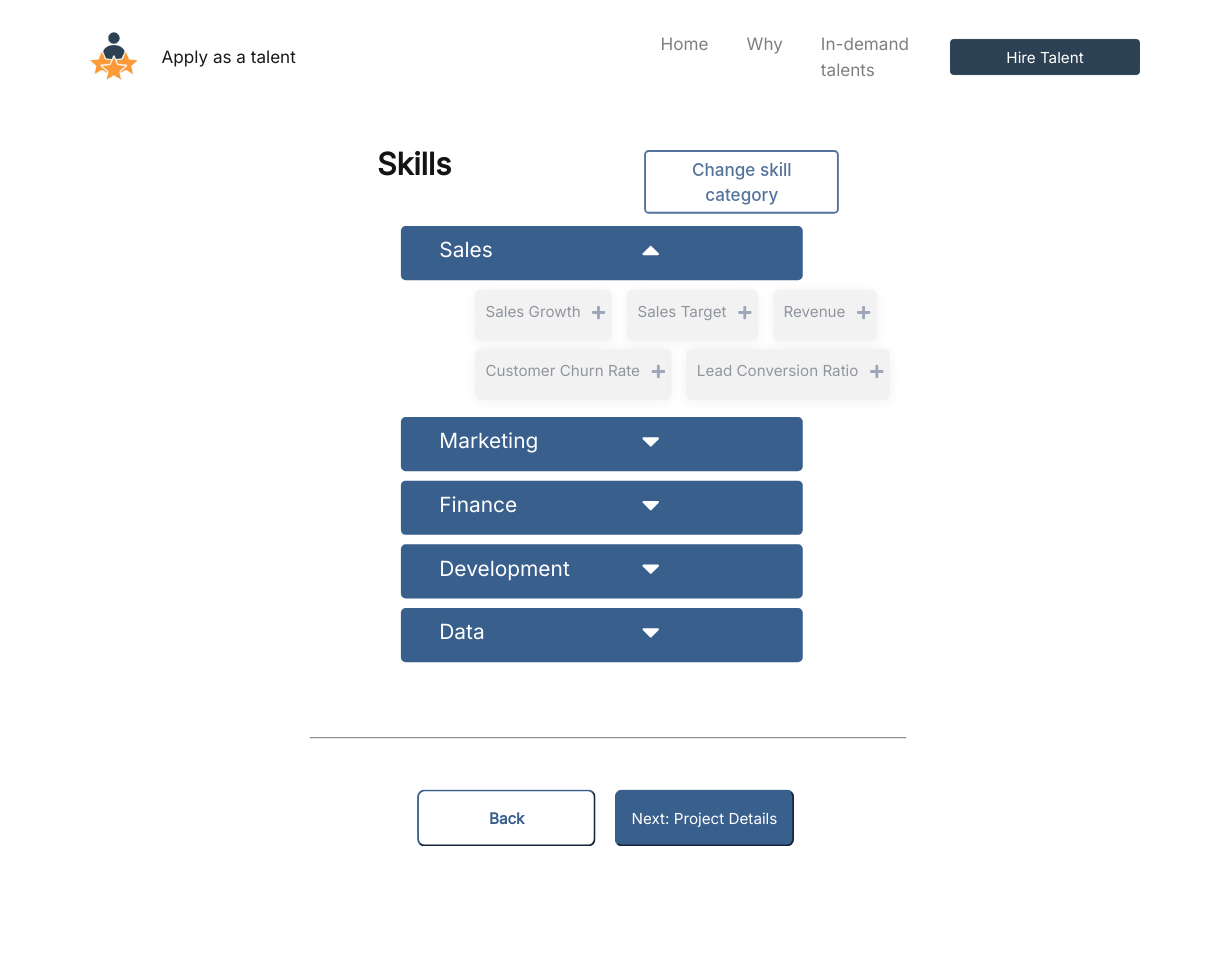
Repository: Ashwe9/talent-hire-reactJs
Page: /skills, after clicking the first element matching `div.dropdown-box`
An editor plug-in stored every save of this project. The page is shown before and after the next save, followed by the edit.
The browser window is 1280 px wide. The page is 1295 px wide, so the pictures cover 1295 px, including what lies to the right of the window. The pictures show the whole page, at 95% of full size.
The project was rebuilt for these pictures with package versions that can differ from the ones it lists, and the page was loaded fresh each time. Also part of the build but not shown: src/homePage/components/TrustedBy/TrustedBy.css, src/homePage/components/TrustedBy/TrustedBy.js, src/homePage/components/Roles/Roles.css, src/homePage/components/Roles/Roles.js, src/homePage/components/homePageFooter/HomePageFooter.css, src/homePage/components/homePageFooter/HomePageFooter.js, src/homePage/HomePage.js, src/kpisPage/Header.css and 15 more.

Above is the page before, as saved 2022-08-25 16:11:19.

After the next save:
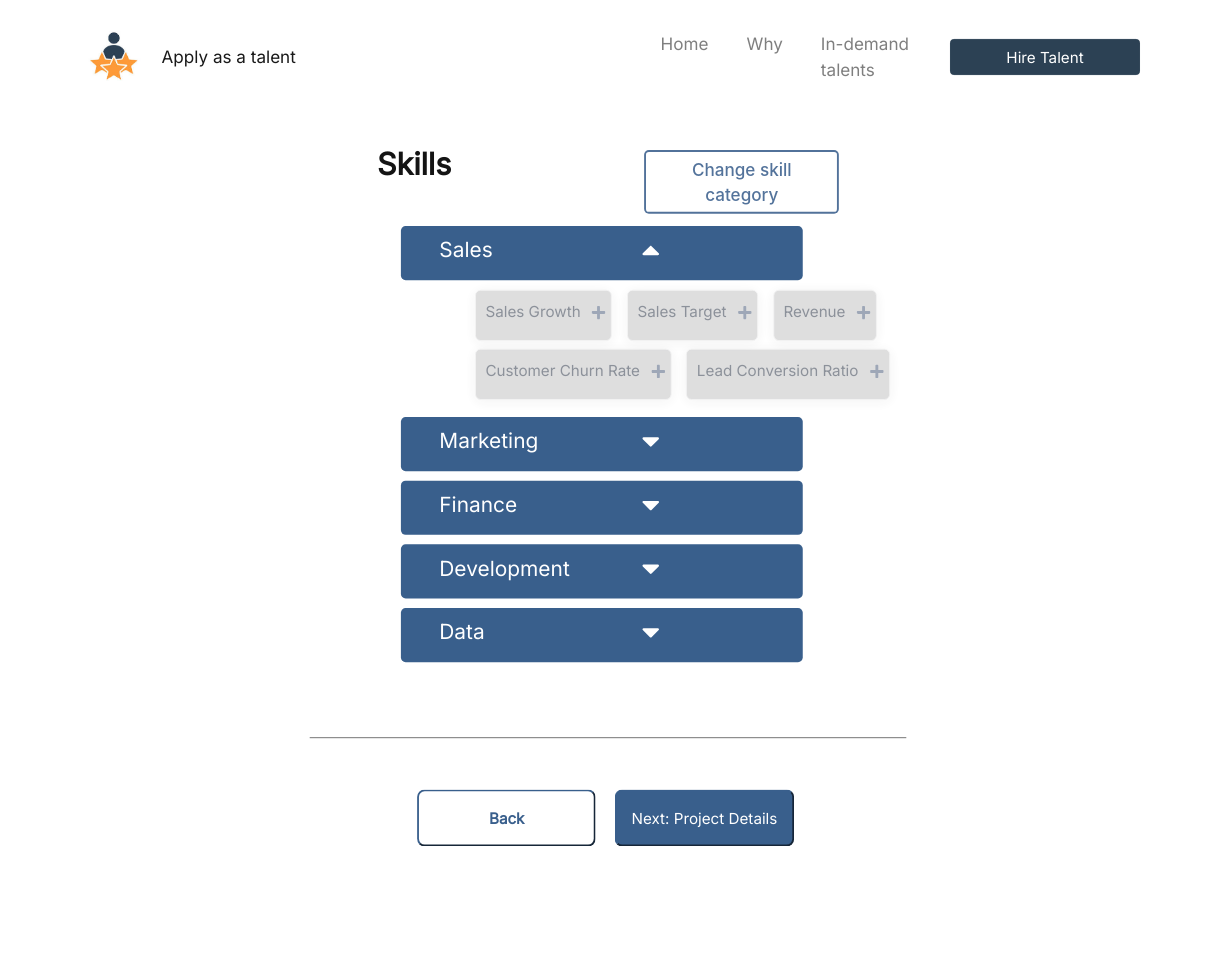
Saved 36 s later.
--- a/src/skills/SkillsList.css
+++ b/src/skills/SkillsList.css
@@ -35,7 +35,7 @@
 
 .skill-item{
     opacity: 0.8;
-    background: #f0f0f0;
+    background: #d6d6d7;
     border: 0.2px solid #f0f0f0;
     box-sizing: border-box;
     box-shadow: 0px 2px 14px 1px rgba(0, 0, 0, 0.06);
